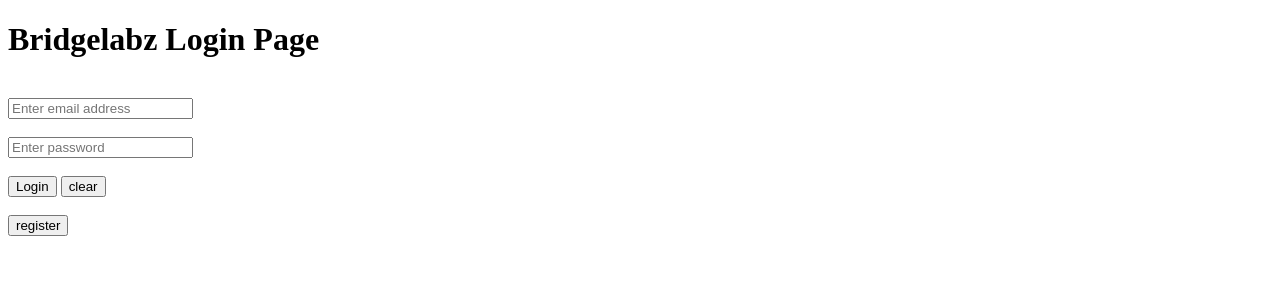
Repository: MarkFernandes11/Advanced-Java
Page: http://localhost/Login/login.jsp
An editor plug-in stored every save of this project. The page is shown before and after the next save, followed by the edit.
The browser window is 1280 px wide. The pictures show the whole page.
The page is served by Tomcat 9.

Above is the page before, as saved 2019-09-26 04:16:38.

After the next save:
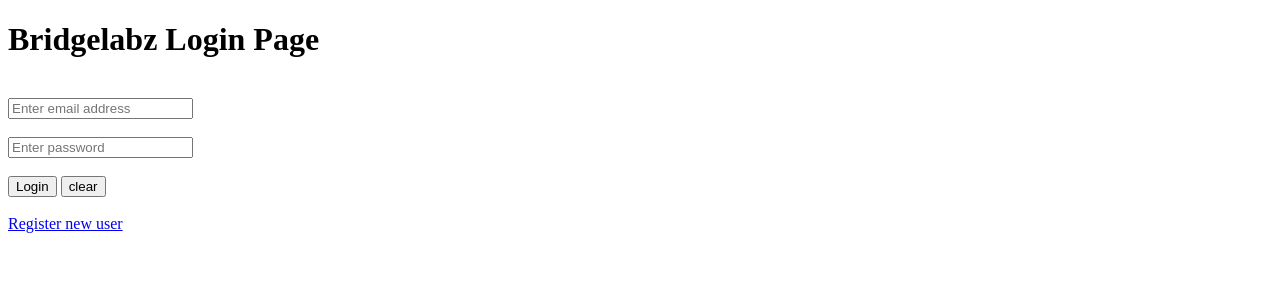
Saved 10 min 22 s later.
--- a/Login/WebContent/login.jsp
+++ b/Login/WebContent/login.jsp
@@ -18,7 +18,7 @@
 		<br><br>
 		<input type = "submit" value = "Login">  <input type="reset" value = "clear">
 		<br><br>
-		<a href="register.jsp"><input type="submit" name="register" value = "register"></a>
+		<a href="register.jsp">Register new user</a>
 		<br><br>
 	</form>
 </body>
